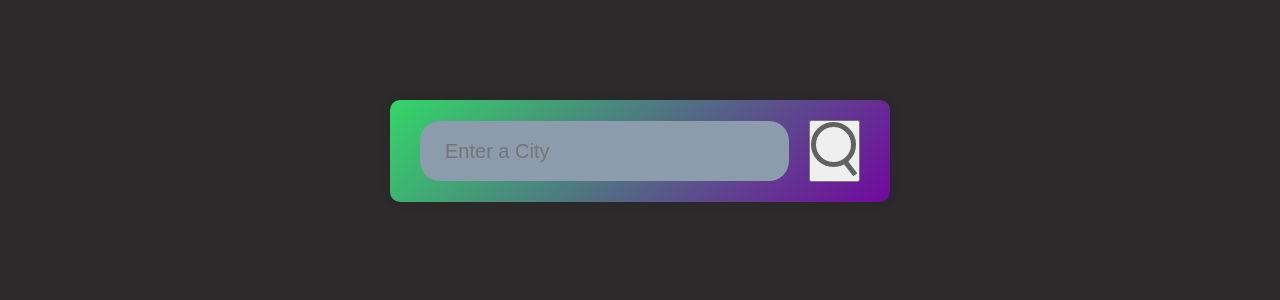
Repository: Haakim19/weatherApp
Page: index.html
An editor plug-in stored every save of this project. The page is shown before and after the next save, followed by the edit.
The browser window is 1280 px wide. The pictures show the whole page.

Above is the page before, as saved 2024-11-16 21:06:09.

After the next save:
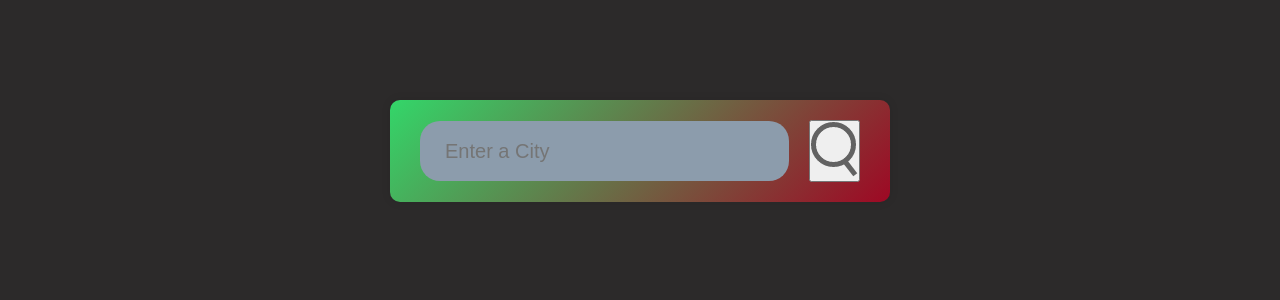
Saved 4 s later.
--- a/style.css
+++ b/style.css
@@ -12,7 +12,7 @@ body{
     width: 90%;
     max-width: 500px;
     color: #fff;
-    background:linear-gradient(135deg, #33d669 0%, #71089e 100%);
+    background:linear-gradient(135deg, #33d669 0%, #9e0824 100%);
     margin: 100px auto 0 ;
     border-radius: 10px;
     padding: 20px 30px;
